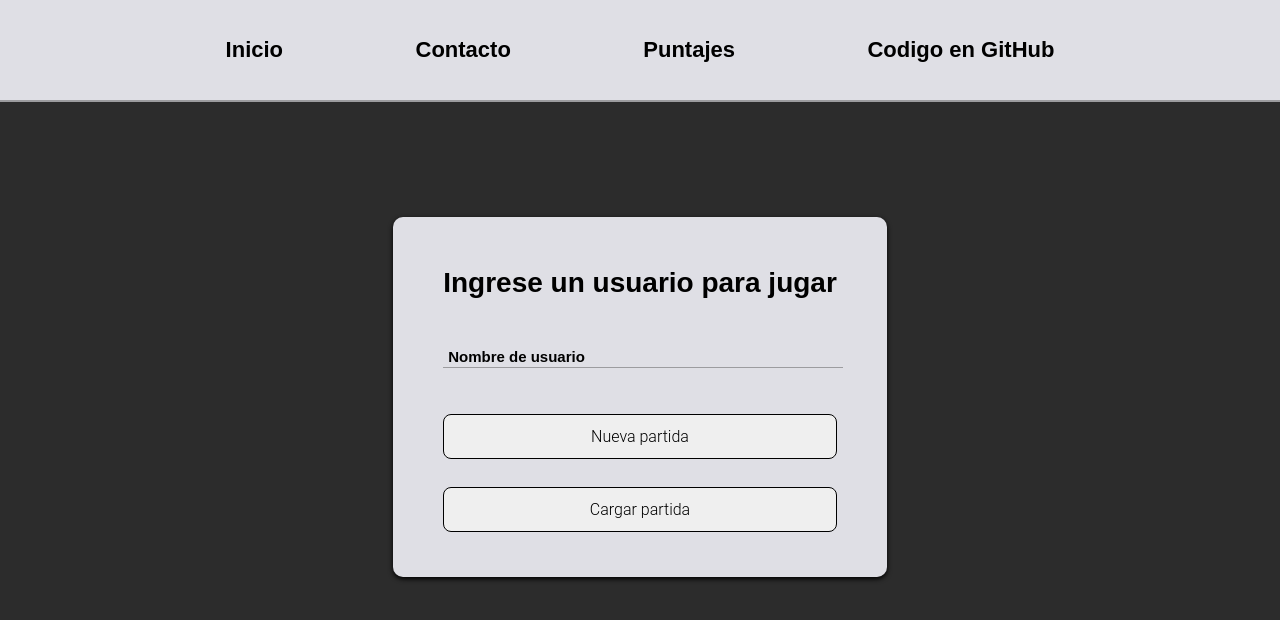
Repository: FacundoKinderknecht/FacundoKinderknecht_Wordle_Game_LPPA
Page: index.html
These files come from the project's save history. The page is drawn as it stood at one moment and after the next save; the edit follows.
The browser window is 1280 px wide. The pictures show the whole page.

Above is the page before, as saved 2023-08-08 09:52:40.

### index.html
<!DOCTYPE html>
<html lang="en">
    <head>
        <meta charset="UTF-8">
        <meta http-equiv="X-UA-Compatible" content="IE=edge">
        <meta name="viewport" content="width=device-width, initial-scale=1.0">

        <link rel ="stylesheet" href="..css/reset.css">
        <link rel="stylesheet" href="../css/styles.css">
        <link rel="stylesheet" href="../css/index.css">

        <script src="../js/index.js"></script>

        <title>Final LPPA Facundo Kinderknecht</title>
    </head>
    <body>
        <header>
            <nav class="navbar">
                <a href="../index.html">Inicio</a>
                <a href="">Contacto</a>
                <a href="../html/puntajes.html">Puntajes</a>
                <a href="https://github.com/FacundoKinderknecht/FacundoKinderknecht_Wordle_Game_LPPA" target="_blank">Codigo en GitHub</a>
            </nav>
        </header>

        <div class="form-container">
            <form class="form-user">
                <h2 class="form-title">Ingrese un usuario para jugar</h2>
                <fieldset class="form-login">
                    <input class="form-txt" id="txt-user" placeholder="">
                    <label class="form-lbl" id="lbl-user" for="txt-user">Nombre de usuario</label>
                </fieldset>
                <input type="button" class="form-button" value="Nueva partida" id="btn-new">
                <input type="button" class="form-button" value="Cargar partida" id="btn-load">
                <label class="form-txt-error hidden" id="lblErrorEmpty">Debe ingresar un usuario</label>
                <label class="form-txt-error hidden" id="error-new">Ese usuario ya tiene partida</label>
                <label class="form-txt-error hidden" id="error-load">No hay partida para ese usuario</label>
            </form>
        </div>
    </body>
</html>

### css/reset.css
/* http://meyerweb.com/eric/tools/css/reset/
   v2.0 | 20110126
   License: none (public domain)
*/

html, body, div, span, applet, object, iframe,
h1, h2, h3, h4, h5, h6, p, blockquote, pre,
a, abbr, acronym, address, big, cite, code,
del, dfn, em, img, ins, kbd, q, s, samp,
small, strike, strong, sub, sup, tt, var,
b, u, i, center,
dl, dt, dd, ol, ul, li,
fieldset, form, label, legend,
table, caption, tbody, tfoot, thead, tr, th, td,
article, aside, canvas, details, embed,
figure, figcaption, footer, header, hgroup,
menu, nav, output, ruby, section, summary,
time, mark, audio, video {
	margin: 0;
	padding: 0;
	border: 0;
	font-size: 100%;
	font: inherit;
	vertical-align: baseline;
}

### css/styles.css
body{
    font-family: Arial, Helvetica, sans-serif;
    background-color: rgba(0, 0, 0, 0.827);
    display:flex;
    align-items: center;
    flex-direction: column;
}

header{
    width: 100%;
    height: 100px;
    margin-bottom: 15px;
    display: flex;
    justify-content: justify-content;
    align-items: center;
    background-color: rgba(248, 248, 255, 0.874);
    border-bottom: 2px solid rgb(87, 87, 87, 0.49);
}

header nav{
    display:flexbox;
    justify-content: justify-content;
    align-items:center;
    text-align: center;
    width: 100%;
}

header nav a{
    text-decoration: none;
    align-items:center;
    font-weight: bold;
    font-size: 22px;
    color: black;
    margin: 5%;
}

.hidden {
    display:none;
}

### css/index.css
form{
    background-color: rgba(248, 248, 255, 0.874);
    margin: 100px auto;
    width: 90%;
    max-width: 400px;
    padding: 50px;
    padding-bottom: 25px;
    border-radius: 10px;
    box-shadow: 0px 2px 5px;
    text-align: center;
}

.form-title{
    font-size: 28px;
    margin-bottom: 40px;
    font-weight: 700;
}

.form-container{
    margin-top: 50px;
    display:flex;
    margin: auto;
}

.form-login{
    width: 100%;
    position: relative;
    margin-bottom: 30px;
}

.form-txt{
    width: 100%;
    background: none;
    margin-bottom: 8px;
    color: rgb(27, 27, 27);
    font-size: 16px;
    padding: 5px 3px;
    border:none;
    outline:none;
    border-bottom: 1px solid rgb(87, 87, 87, 0.49);
}

.form-txt:focus + .form-lbl, .form-txt:not(:placeholder-shown) + .form-lbl{
    transform: translateY(-13px) scale(0.9);
    transform-origin: left top;
}

.form-lbl{
    position:absolute;
    font-size: 15px;
    top:0;
    left:5px;
    font-weight: bold;
    transform: translateY(9px);
    transform-origin: left bottom;
    transition: transform .5s;
}

.form-txt-error{
    width: 100%;
    color:rgb(255, 0, 0);
    text-align: center;
}

.form-button{
    width: 100%;
    font-family: 'Roboto', sans-serif;
    font-weight: 300;
    font-size: 16px;
    padding: 12px 0px;
    border: 1px solid;
    border-radius: 8px;
    cursor: pointer;
    transition: background-color .3s;
    margin-top: 8px;
    margin-bottom: 20px;
}

.hidden{
    display: none;
}

### js/index.js
function getElements() {
    user = document.getElementById("txt-user")
    btnNew = document.getElementById("btn-new")
    btnLoad = document.getElementById("btn-load")
    lblErrorNew = document.getElementById("error-new")
    lblErrorLoad = document.getElementById("error-load")
}

window.onload = () => {
    getElements()
    hideLabels()


    //cuando presiono el boton nuevo juego chequeo las partidas guardas y logueo el usuario
    btnNew.onclick = (e) => {
        hideLabels()
        let currentUser = user.value
        if (currentUser) {
            if (localStorage.getItem(`saveGame${currentUser}`) === null) {
                sessionStorage.setItem("user", user.value)
                sessionStorage.setItem("isNew", true)
                location.href = '/html/wordle.html'
            } else {
                lblErrorNew.classList.toggle("hidden", false)
            }
        } else {
            lblErrorEmpty.classList.toggle("hidden", false)
        }
    }

    //cuando presiono el boton cargar partida chequeo las partidas guardas cargo una y logueo el usuario
    btnLoad.onclick = (e) => {
        hideLabels()
        let currentUser = user.value
        if (currentUser) {
            if ((`saveGame${currentUser}` in localStorage)) {
                sessionStorage.setItem("user", user.value)
                sessionStorage.setItem("isNew", "false")
                location.href = '/html/wordle.html'
            } else {
                lblErrorLoad.classList.toggle("hidden", false)
            }
        } else {
            lblErrorEmpty.classList.toggle("hidden", false)
        }
    }


    function hideLabels() {
        user.onfocus = () => {
            lblErrorEmpty.classList.toggle("hidden", true)
        }
    }
}

After the next save:
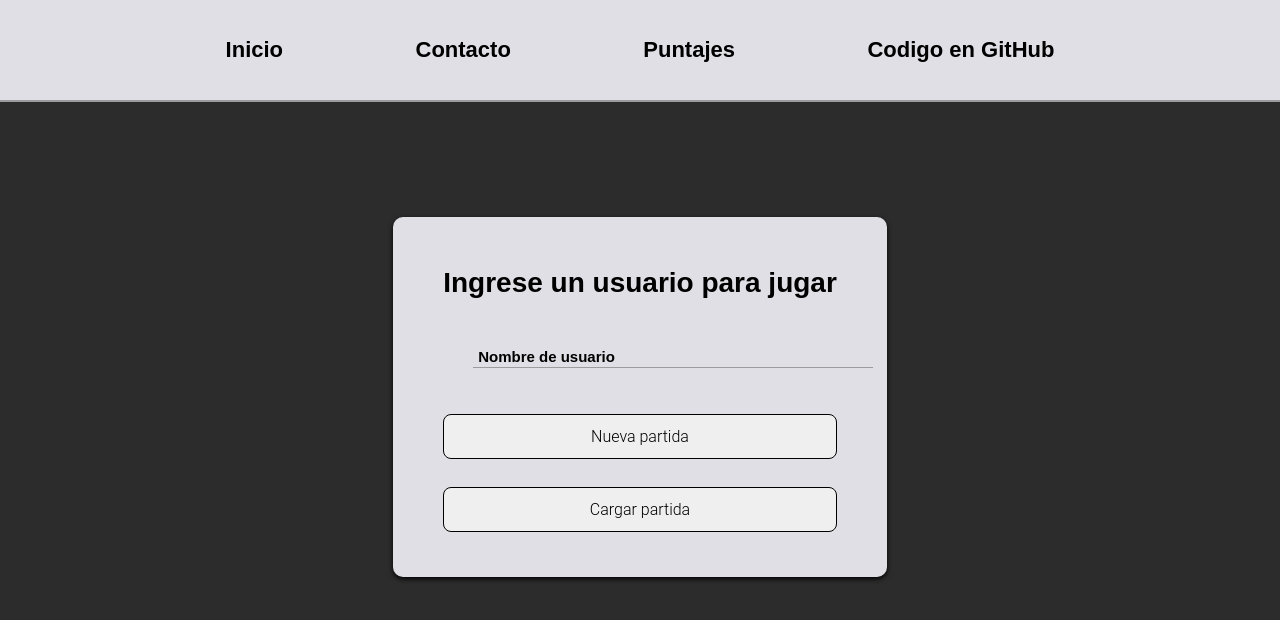
Saved 5 s later.
--- a/css/index.css
+++ b/css/index.css
@@ -25,7 +25,7 @@
 .form-login{
     width: 100%;
     position: relative;
-    margin-bottom: 30px;
+    margin: 30px;
 }
 
 .form-txt{

After the save that followed:
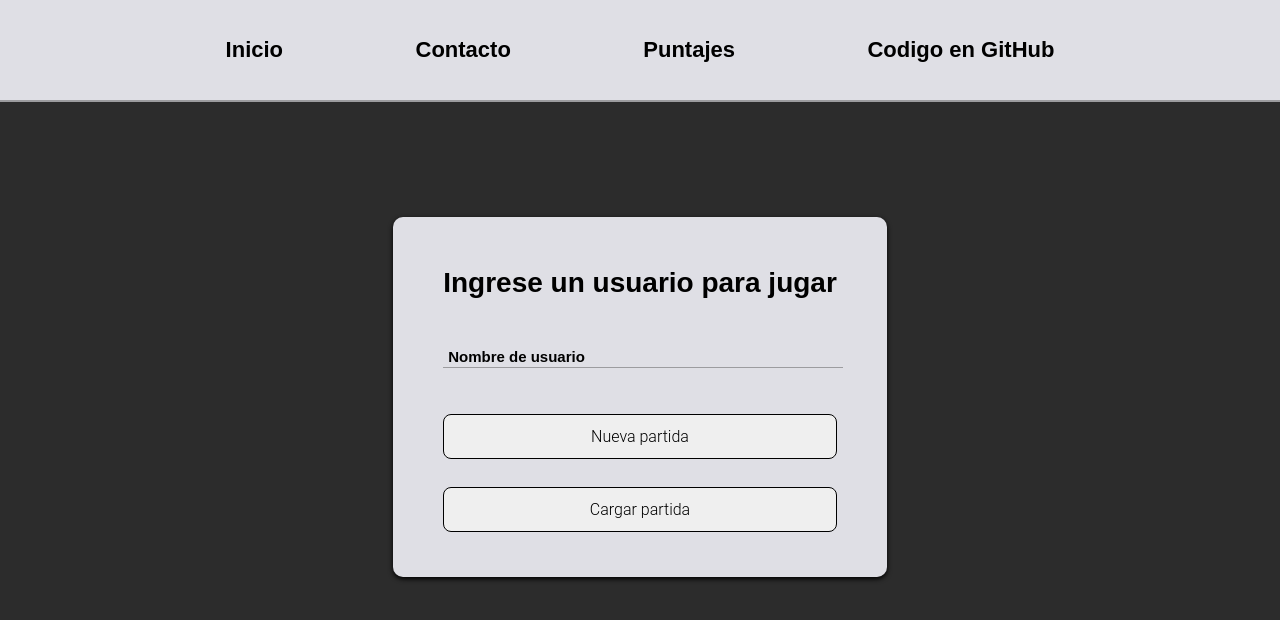
Saved 5 s later.
--- a/css/index.css
+++ b/css/index.css
@@ -25,7 +25,7 @@
 .form-login{
     width: 100%;
     position: relative;
-    margin: 30px;
+    margin-bottom: 30px;
 }
 
 .form-txt{
